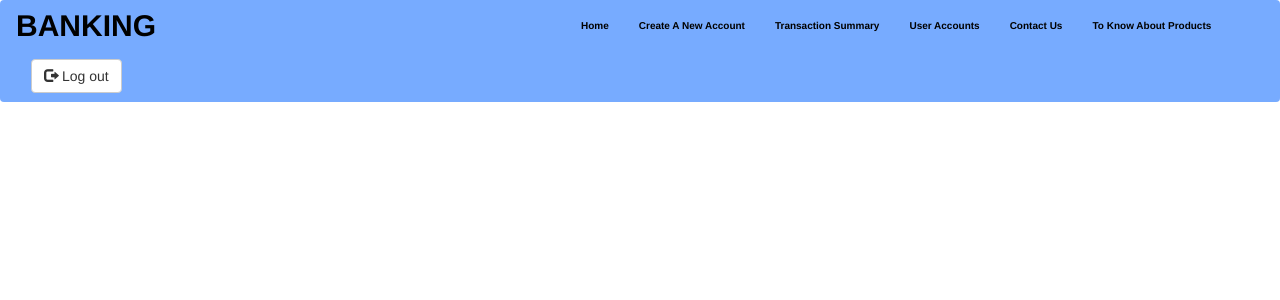
Repository: rukmini10/DXC
Page: http://localhost/Account/AdminHeader.jsp
An editor plug-in stored every save of this project. The page is shown before and after the next save, followed by the edit.
The browser window is 1280 px wide. The pictures show the whole page.
Some web libraries are served in a nearby version. The page is served by Tomcat 9.

Above is the page before, as saved 2022-05-03 12:51:57.

After the next save:
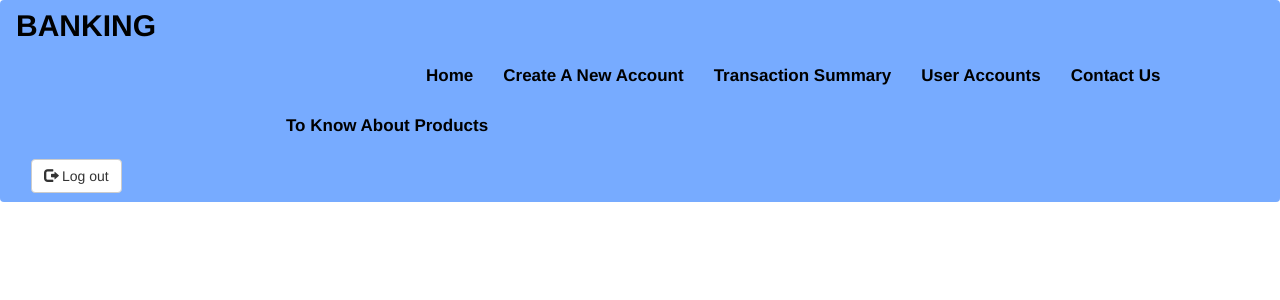
Saved 33 s later.
--- a/DXC_MAVEN/Account/src/main/webapp/AdminHeader.jsp
+++ b/DXC_MAVEN/Account/src/main/webapp/AdminHeader.jsp
@@ -18,12 +18,12 @@
       <a class="navbar-brand" href="#" style="color:black;font-size:30px;font-weight:bold;">BANKING</a>
     </div>
     <ul style="padding-left:255px" class="nav navbar-nav">
-      <li class="active"><a href="#" style="color:black;font-size:10px;font-weight:bold;padding-left:155px">Home</a></li>
-      <li><a href="createAccount.obj" style="color:black;font-size:10px;font-weight:bold;"> Create A New Account</a></li>
-      <li><a href="viewStatement.obj" style="color:black;font-size:10px;font-weight:bold;">Transaction Summary</a></li>
-	  <li><a href="#" style="color:black;font-size:10px;font-weight:bold;">User Accounts</a></li>
-	  <li><a href="#" style="color:black;font-size:10px;font-weight:bold;">Contact Us</a></li>
-	  <li><a href="#" style="color:black;font-size:10px;font-weight:bold;">To Know About Products</a></li>
+      <li class="active"><a href="#" style="color:black;font-size:17px;font-weight:bold;padding-left:155px">Home</a></li>
+      <li><a href="createAccount.obj" style="color:black;font-size:17px;font-weight:bold;"> Create A New Account</a></li>
+      <li><a href="viewStatement.obj" style="color:black;font-size:17px;font-weight:bold;">Transaction Summary</a></li>
+	  <li><a href="#" style="color:black;font-size:17px;font-weight:bold;">User Accounts</a></li>
+	  <li><a href="#" style="color:black;font-size:17px;font-weight:bold;">Contact Us</a></li>
+	  <li><a href="#" style="color:black;font-size:17px;font-weight:bold;">To Know About Products</a></li>
     </ul>
 
     <form class="navbar-form navbar-left ">

After the save that followed:
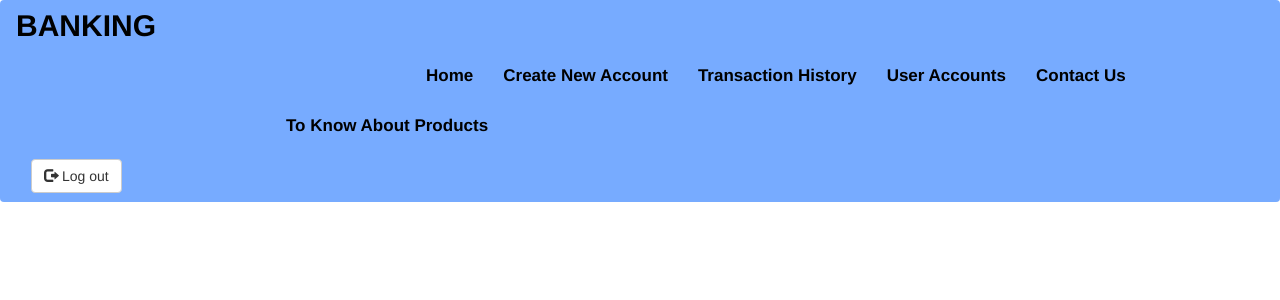
Saved 91 s later.
--- a/DXC_MAVEN/Account/src/main/webapp/AdminHeader.jsp
+++ b/DXC_MAVEN/Account/src/main/webapp/AdminHeader.jsp
@@ -19,8 +19,8 @@
     </div>
     <ul style="padding-left:255px" class="nav navbar-nav">
       <li class="active"><a href="#" style="color:black;font-size:17px;font-weight:bold;padding-left:155px">Home</a></li>
-      <li><a href="createAccount.obj" style="color:black;font-size:17px;font-weight:bold;"> Create A New Account</a></li>
-      <li><a href="viewStatement.obj" style="color:black;font-size:17px;font-weight:bold;">Transaction Summary</a></li>
+      <li><a href="createAccount.obj" style="color:black;font-size:17px;font-weight:bold;"> Create New Account</a></li>
+      <li><a href="viewStatement.obj" style="color:black;font-size:17px;font-weight:bold;">Transaction History</a></li>
 	  <li><a href="#" style="color:black;font-size:17px;font-weight:bold;">User Accounts</a></li>
 	  <li><a href="#" style="color:black;font-size:17px;font-weight:bold;">Contact Us</a></li>
 	  <li><a href="#" style="color:black;font-size:17px;font-weight:bold;">To Know About Products</a></li>
